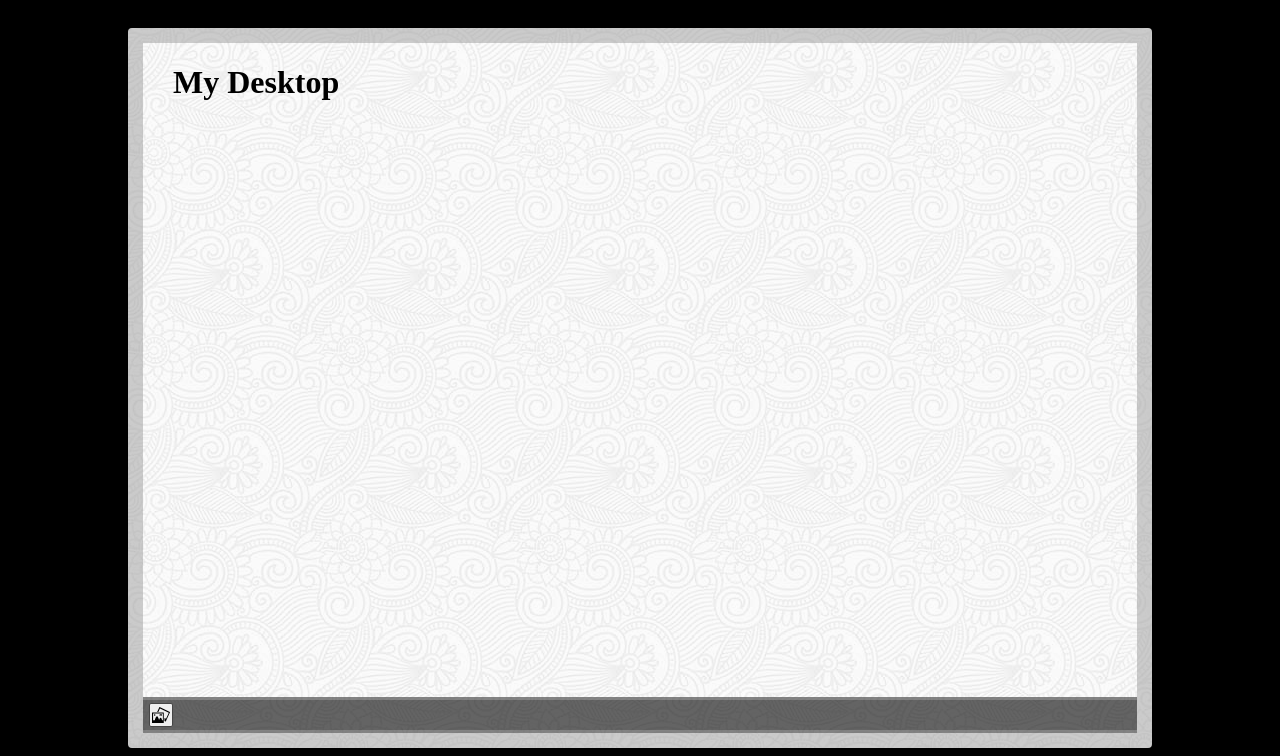
Repository: lw222gu/1dv403-laborationer
Page: 5-pwd/index.html
The author's editor kept a record of every edit. The page is drawn from the files as they stood at one moment, then again after the next edit.
The browser window is 1280 px wide. The pictures show the whole page.
Some web fonts or font styles are not loaded; a fallback is used.

Above is the page before.

### 5-pwd/index.html
<!doctype html>
<html lang = "sv">
    <head>
        <meta charset="utf-8" />
        <meta name="viewport" content="width=device-width, initial-scale=1.0" />
        <title>My Desktop</title>

        <!-- Main CSS -->
        <link rel="stylesheet" href="css/style.css" />

        <!-- Fonts -->
        <link href='//fonts.googleapis.com/css?family=Shadows+Into+Light+Two' rel='stylesheet' type='text/css'>

        <!-- JavaScript -->
        <script src="script/main.js"></script>

    </head>

    <body>

        <div id="container">



            <div id = "main">
                <header id = "mainheader">
                    <h1>My Desktop</h1>
                </header>

            </div>

            <div id = "menubar">
                <button id = "photosbutton">
                </button>
            </div>

        </div>

    </body>
</html>

### 5-pwd/css/style.css
body {
    font-size: 1em;
    padding-top:20px;
    font-family:Arial, sans-serif;
    background-color:#000;
}

#container {
    width: 994px;
    height: 690px;
    margin: 0 auto 0 auto;
    background-image:url(pics/symphony.png);
    border-width: 15px;
    border-color:rgba(155, 155, 155, 0.5);
    border-radius:4px;
    border-style:solid;
    font-family:'Shadows Into Light Two', cursive;
}

#main {
    height:660px;
    width:964px;
}

#mainheader {
    padding-left: 30px;
}

#menubar {
    width:inherit;
    height:30px;
    background-color:rgba(0, 0, 0, 0.6);
    position:absolute;
    top:697px;
    border-width: 3px;
    border-color:rgba(255, 255, 255, 0.2);
    border-style:solid;
    border-left-style:none;
    border-right-style:none;
}

#photosbutton {
    height:24px;
    width:24px;
    background-image:url(pics/photos.svg);
    background-size:18px;
    background-position: center center;
    background-repeat:no-repeat;
    padding:2px;
    margin:3px;
    margin-left:6px;
    border:solid;
    border-width:1px;
    border-color:rgb(70, 70, 70);
    border-radius:2px;
    cursor:pointer;
}

.popup {
    width:250px;
    height:350px;
    overflow:auto;
    background-color:#FFF;
    border:solid;
    border-width:3px;
    border-color:rgb(225, 225, 225);
    border-radius:5px;
    margin-left:30px;
}

.topBar{
    background-color:#FFF;
    background-image:url(pics/photos.svg);
    background-size:18px;
    background-position: 5px;
    background-repeat:no-repeat;
    overflow:auto;
    height:25px;
    border-bottom:solid;
    border-color:gray;
    border-width:1px;
}

.closeButton{
    background-image:url(pics/times.svg);
    background-repeat:no-repeat;
    background-size:15px;
    background-position:center center;
    background-color:#FFF;
    float:right;
    margin-top:2px;
    width:10%;
    height:20px;
    cursor:pointer;
    border:none;
}

.contentPopup{

}

.statusBar{
    height:25px;
    position:relative;
    top:298px;
    overflow:auto;
    background-color:#FFF;
    border-top:solid;
    border-color:gray;
    border-width:1px;
}

### 5-pwd/script/main.js
"use strict";

var MyDesktop = {

    isWindowOpen: false,

    init: function(){
        var button = document.getElementById("photosbutton");
        button.onclick = function(){

            if(MyDesktop.isWindowOpen === true){
                return false;
            }

            else{
                MyDesktop.openWindow();
            }

            return false;
        };
    },

    openWindow: function(){

        MyDesktop.isWindowOpen = true;

        var divMain = document.getElementById("main");

        var photosWindow = document.createElement("div");
        photosWindow.className = "popup";

        var topBar = document.createElement("div");
        topBar.className = "topBar";

        var closeButton = document.createElement("button");
        closeButton.className = "closeButton";

        var contentPopup = document.createElement("div");
        contentPopup.className = "contentPopup";

        var statusBar = document.createElement("div");
        statusBar.className = "statusBar";
        statusBar.innerHTML = "Laddar...";

        topBar.appendChild(closeButton);
        photosWindow.appendChild(topBar);
        photosWindow.appendChild(contentPopup);
        photosWindow.appendChild(statusBar);
        divMain.appendChild(photosWindow);

        closeButton.onclick = function(){
            MyDesktop.closePopup();
        };

        MyDesktop.loadThumbnails();
    },

    loadThumbnails: function(){
        alert("Test!");
    },

    closePopup: function(){

    },
};

window.onload = MyDesktop.init; //pekar på metoden init som kommer köras när sidan laddats

After the next edit:
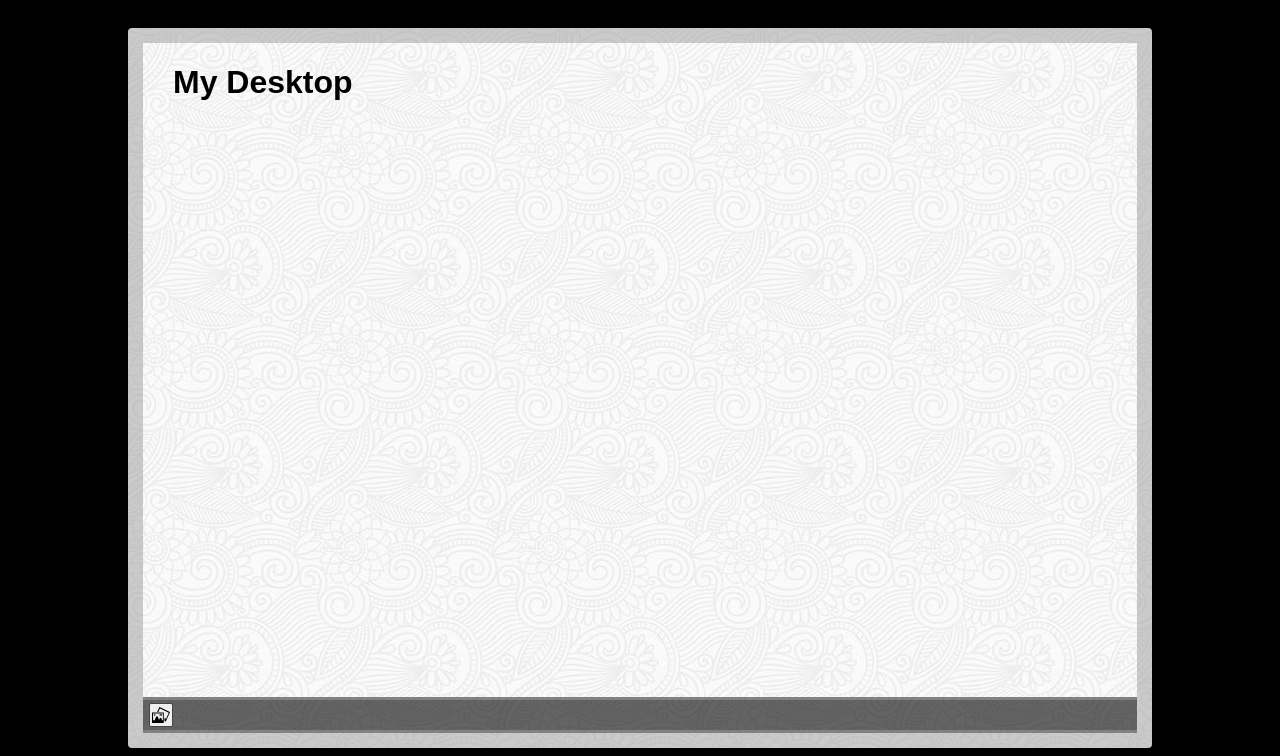
The edit:
--- a/5-pwd/css/style.css
+++ b/5-pwd/css/style.css
@@ -14,7 +14,6 @@
     border-color:rgba(155, 155, 155, 0.5);
     border-radius:4px;
     border-style:solid;
-    font-family:'Shadows Into Light Two', cursive;
 }
 
 #main {

After the edit that followed:
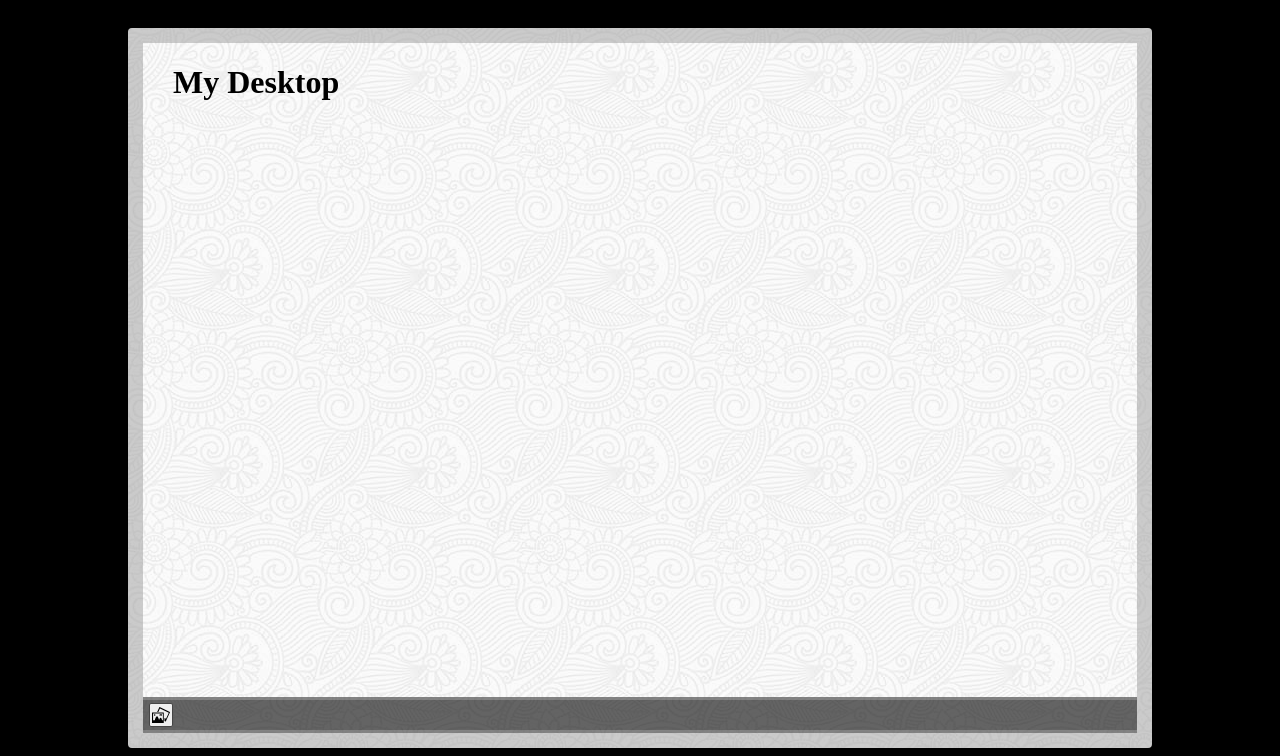
The edit:
--- a/5-pwd/css/style.css
+++ b/5-pwd/css/style.css
@@ -23,6 +23,8 @@
 
 #mainheader {
     padding-left: 30px;
+    font-family:'Shadows Into Light Two', cursive;
+
 }
 
 #menubar {
